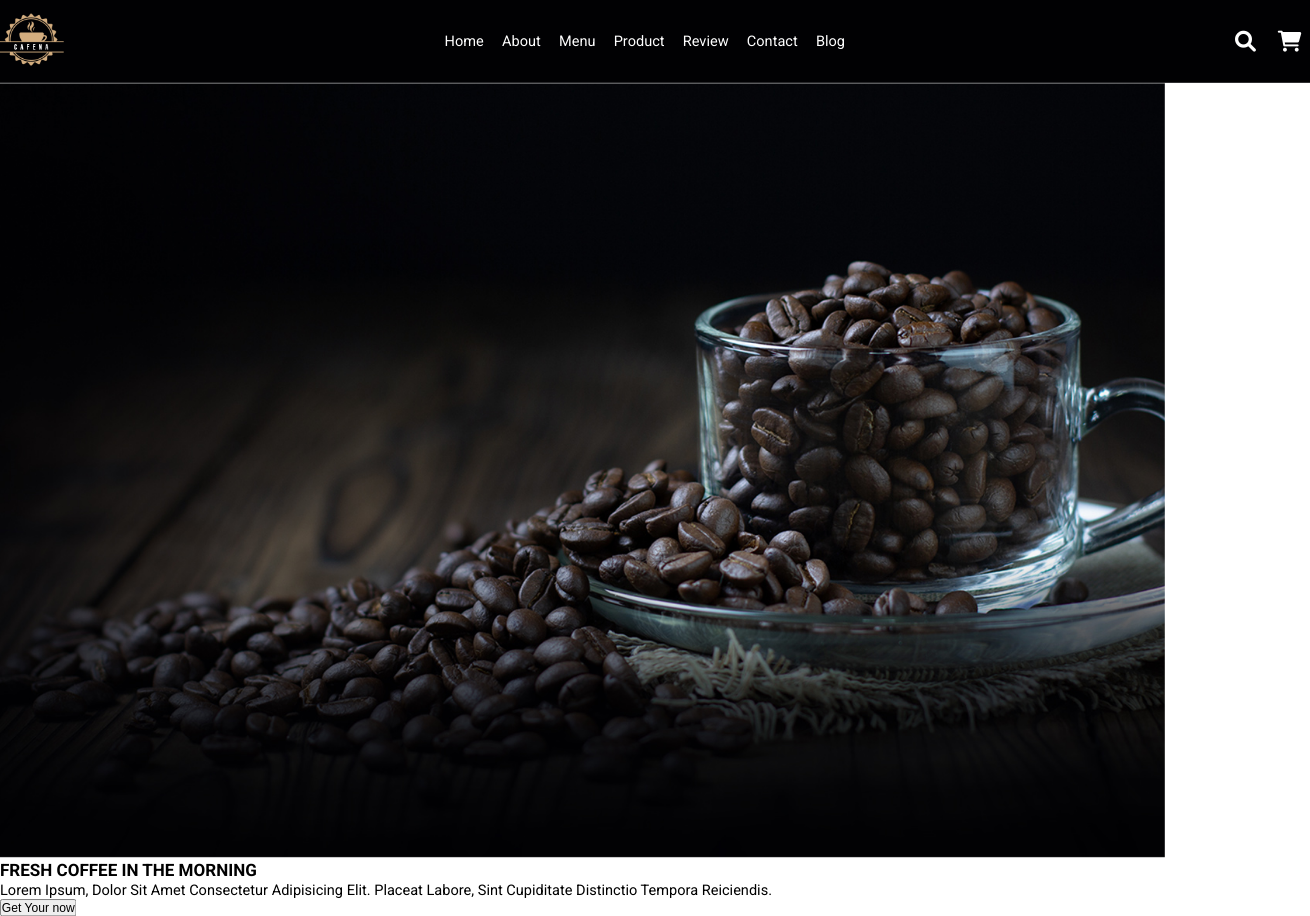
Repository: Dinhthai303/DinhThai
Page: index.html
These files come from the project's save history. The page is drawn as it stood at one moment and after the next save; the edit follows.
The browser window is 1280 px wide. The page is 1440 px wide, so the pictures cover 1440 px, including what lies to the right of the window. The pictures show the whole page, at 91% of full size.

Above is the page before, as saved 2021-11-27 23:58:04.

After the next save:
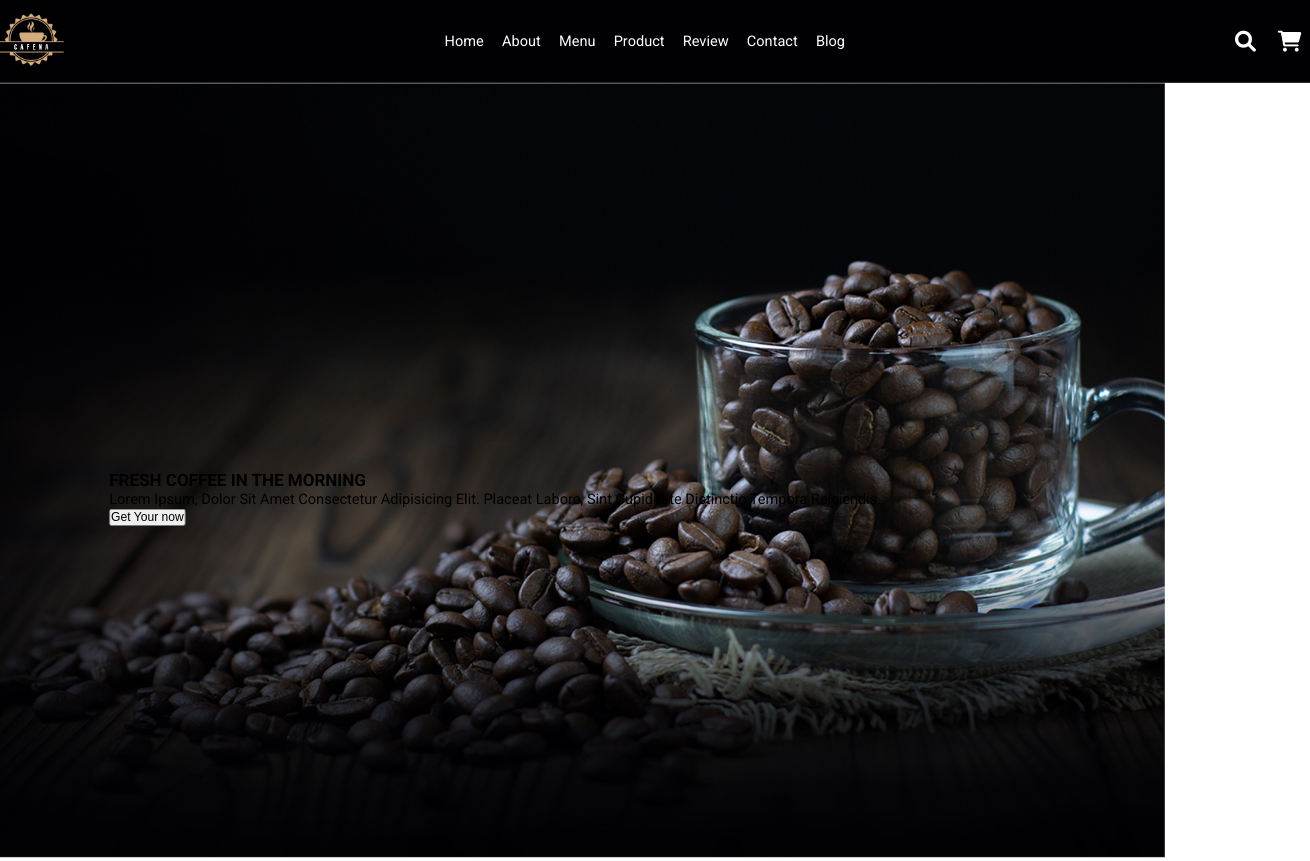
Saved 28 s later.
--- a/css/style.css
+++ b/css/style.css
@@ -74,5 +74,6 @@ body{
 }
 .banner__text{
     position: absolute;
-
+    top: 50%;
+    left: 120px;
 }
